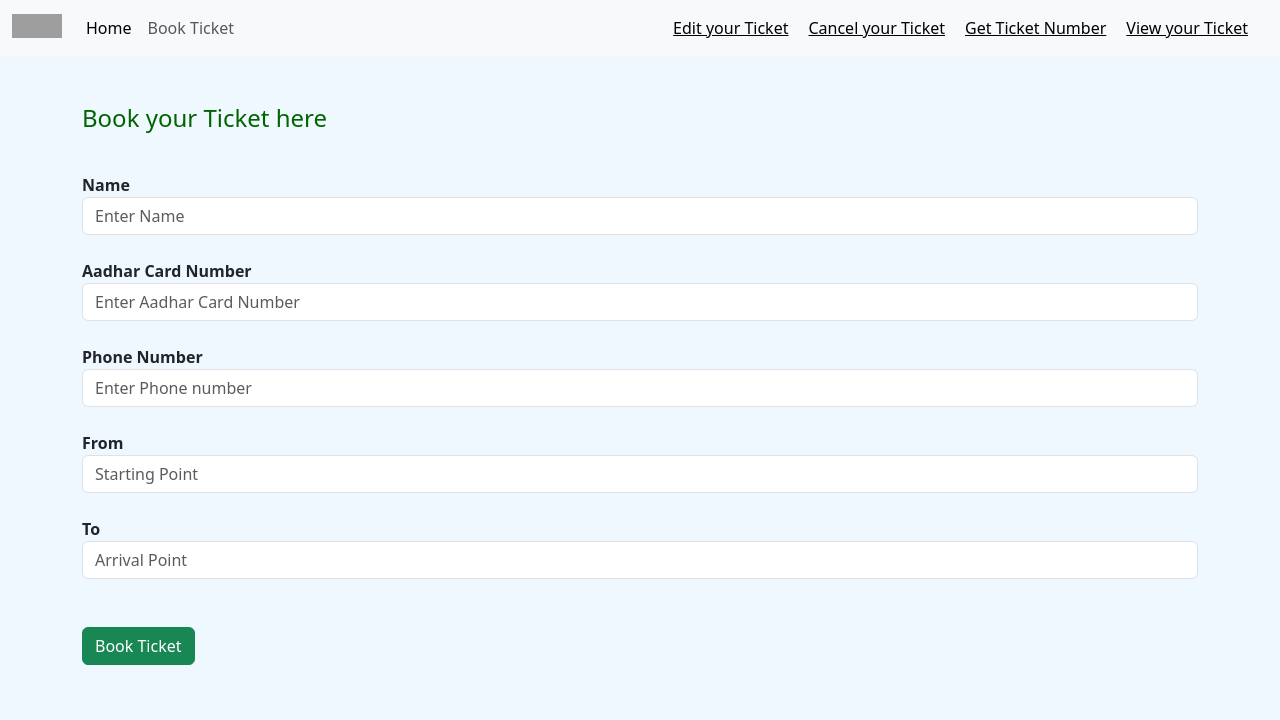
Repository: MayankSardana/Book-My-Ticket
Page: http://localhost/Book
These files come from the project's save history. The page is drawn as it stood at one moment and after the next save; the edit follows.
The browser window is 1280 px wide. The pictures show the whole page.
Pictures or frames that could not be fetched are drawn as grey boxes. The page is this project's Thymeleaf template; nobody is signed in. The template is opened directly, without the code that normally fills it, so the values that code supplies are empty.

Above is the page before, as saved 2024-07-02 18:10:51.

### BookMyTicket/src/main/resources/templates/Book.html
<!doctype html>
<html lang="en" xmlns:th="http://www.thymeleaf.org">
  <head>
    <meta charset="utf-8">
    <meta name="viewport" content="width=device-width, initial-scale=1">
    <title>Book Ticket</title>
    <link href="https://cdn.jsdelivr.net/npm/bootstrap@5.3.3/dist/css/bootstrap.min.css" rel="stylesheet" integrity="sha384-QWTKZyjpPEjISv5WaRU9OFeRpok6YctnYmDr5pNlyT2bRjXh0JMhjY6hW+ALEwIH" crossorigin="anonymous">
    <style>
        h2{
            margin-left: 400px;
            font-size:50px;
        }
        label{
            font-weight: bold;
        }

        body{
            background-color:aliceblue;
        }

		.tt{
		          text-decoration:underline;
		          padding:10px;
		          margin-left:450px;
		      }
			.n{
				margin-right:20px;
			}

			.h4{
				color:darkgreen;
			}


    </style>
  </head>
  <body>

	<nav class="navbar navbar-expand-lg bg-body-tertiary">
	        <div class="container-fluid">
	         <a class="navbar-brand" href="#">
	      <img src="https://i.pinimg.com/280x280_RS/84/4b/a1/844ba1cb3439dca10d316e4310721cc6.jpg" alt="Logo" width="50" height="24" class="d-inline-block align-text-top">

	    </a>
	          <button class="navbar-toggler" type="button" data-bs-toggle="collapse" data-bs-target="#navbarText" aria-controls="navbarText" aria-expanded="false" aria-label="Toggle navigation">
	            <span class="navbar-toggler-icon"></span>
	          </button>
	          <div class="collapse navbar-collapse" id="navbarText">
	            <ul class="navbar-nav me-auto mb-2 mb-lg-0">
	              <li class="nav-item">
	                <a class="nav-link active" aria-current="page" href="/">Home</a>
	              </li>
	              <li class="nav-item">
	                <a class="nav-link" href="/book">Book Ticket</a>
	              </li>
	            </ul>
				<span class="n navbar-text">
				     <a href = "/edit">Edit your Ticket</a>
				</span>
				<span class="n navbar-text">
					<a href = "/cancel">Cancel your Ticket</a>
			    </span>
				<span class="n navbar-text">
				   <a href = "/ticket">Get Ticket Number</a>
				</span>
	            <span class="n navbar-text">
	                <a href = "/view">View your Ticket</a>
	            </span>

	          </div>
	        </div>
	      </nav>



    <div class="container mt-5">
        <h4 class = "h4">Book your Ticket here</h4>
		<p th:text="${ticket.ticketNumber}"/>
		<br/>
        <form action="#" th:action="@{/saveTicket}" th:object="${person}" method="post">
          <div class="form-group">
            <label for="firstName">Name</label>
            <input type="text" th:field="*{name}" class="form-control" id="firstName" placeholder="Enter Name">
          </div>
          <br/>
          <div class="form-group">
            <label for="email">Aadhar Card Number</label>
            <input type="text" th:field="*{aadhaarCard}" class="form-control"  placeholder="Enter Aadhar Card Number">
          </div>
          <br/>
          <div class="form-group">
            <label for="email">Phone Number</label>
            <input type="text" th:field="*{phoneNumber}" class="form-control"  placeholder="Enter Phone number">
          </div>
          <br/>
          <div class="form-group">
            <label for="From">From</label>
            <input type="text" th:field="*{start}" class="form-control" placeholder="Starting Point">
          </div>
          <br/>
          <div class="form-group">
            <label for="To">To</label>
            <input type="text" th:field="*{end}" class="form-control" placeholder="Arrival Point">
          </div>
          <br/>
          <br/>
          <button type="submit" class="btn btn-success">Book Ticket</button>
		  <br/>
		  <br/>
        </form>
      </div>

    <script src="https://cdn.jsdelivr.net/npm/bootstrap@5.3.3/dist/js/bootstrap.bundle.min.js" integrity="sha384-YvpcrYf0tY3lHB60NNkmXc5s9fDVZLESaAA55NDzOxhy9GkcIdslK1eN7N6jIeHz" crossorigin="anonymous"></script>
  </body>
</html>

After the next save:
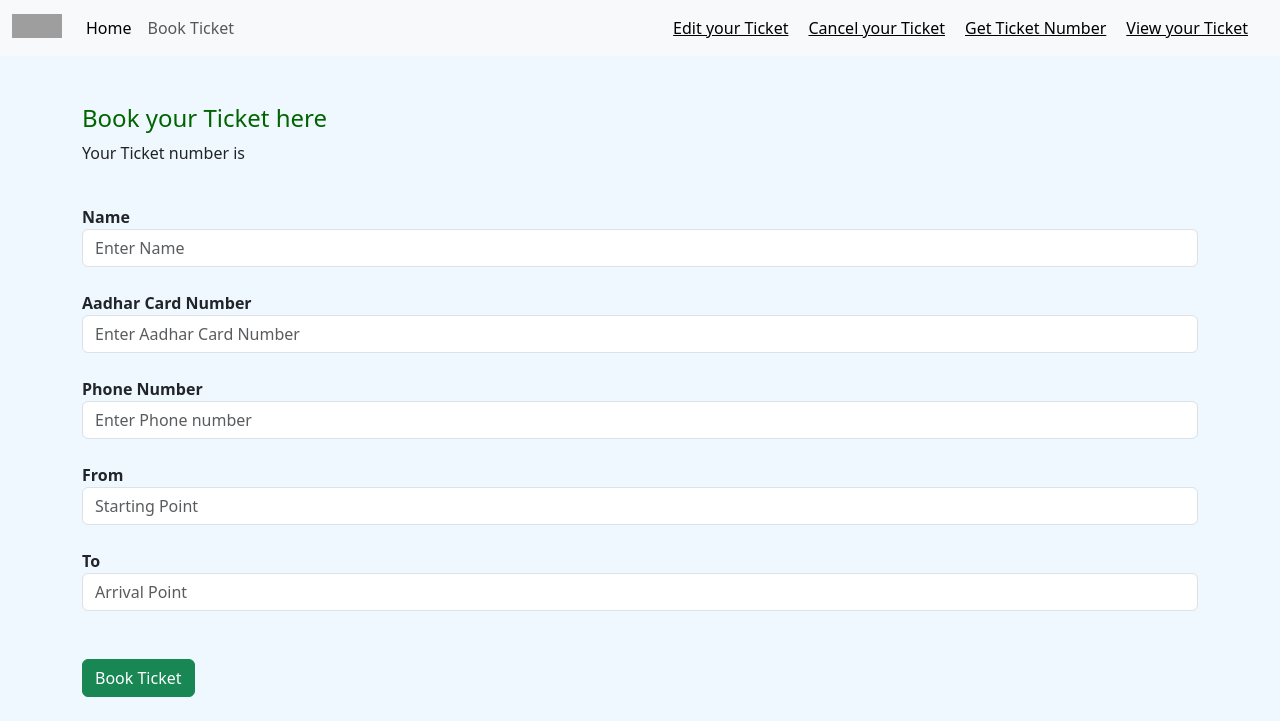
Saved 37 s later.
--- a/BookMyTicket/src/main/resources/templates/Book.html
+++ b/BookMyTicket/src/main/resources/templates/Book.html
@@ -75,6 +75,7 @@
 
     <div class="container mt-5">
         <h4 class = "h4">Book your Ticket here</h4>
+		<p>Your Ticket number is</p>
 		<p th:text="${ticket.ticketNumber}"/>
 		<br/>
         <form action="#" th:action="@{/saveTicket}" th:object="${person}" method="post">
